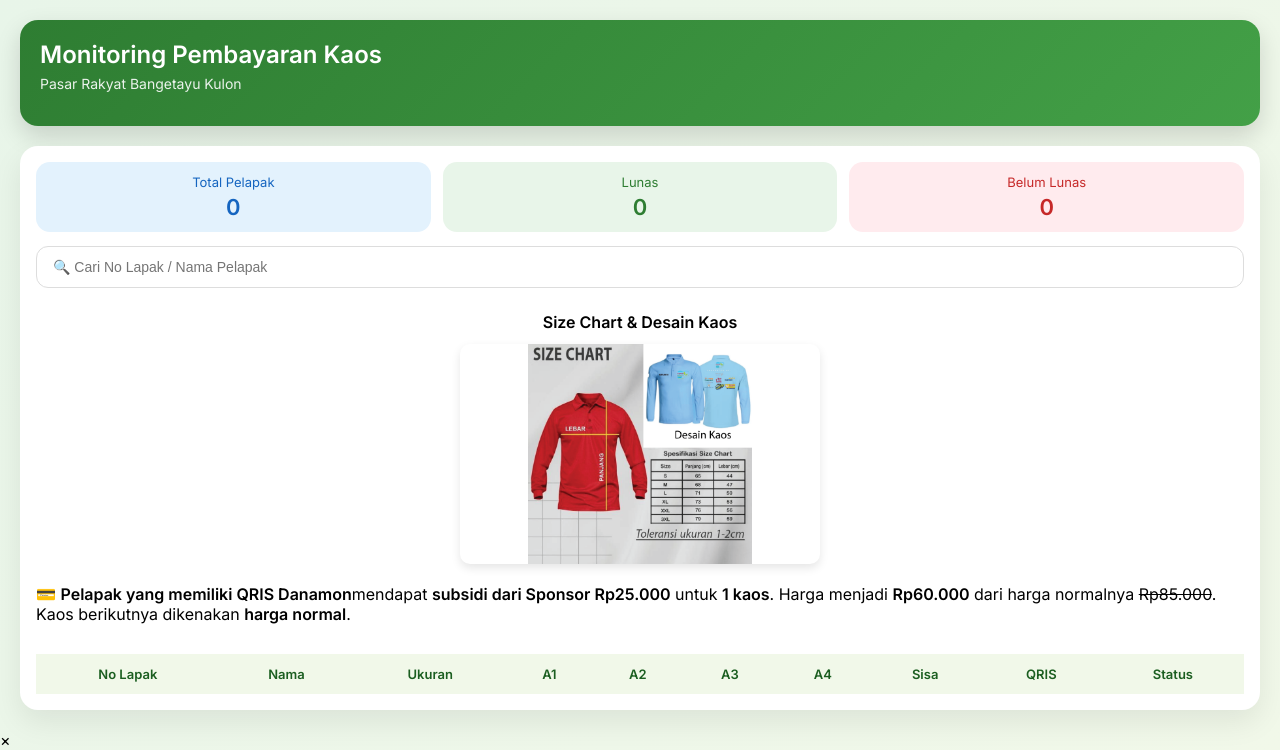
Repository: pasarrakyatbak/monitoringpembayarankaos
Page: index.html
An editor plug-in stored every save of this project. The page is shown before and after the next save, followed by the edit.
The browser window is 1280 px wide. The pictures show the whole page.
The page's requests for data from a server got no answer.

Above is the page before, as saved 2026-01-04 14:27:53.

### index.html
<!DOCTYPE html>
<html lang="id">

<head>
    <meta charset="UTF-8">
    <meta name="viewport" content="width=device-width, initial-scale=1.0">
    <title>Monitoring Pembayaran Kaos</title>

    <!-- FONT -->
    <link rel="preconnect" href="https://fonts.googleapis.com">
    <link rel="preconnect" href="https://fonts.gstatic.com" crossorigin>
    <link href="https://fonts.googleapis.com/css2?family=Inter:wght@400;500;600&display=swap" rel="stylesheet">

    <link rel="stylesheet" href="style.css">
</head>

<body>

    <div class="app">

        <!-- HEADER -->
        <header class="header">
            <h1>Monitoring Pembayaran Kaos</h1>
            <p>Pasar Rakyat Bangetayu Kulon</p>
        </header>

        <!-- CARD -->
        <div class="card">

            <!-- RINGKASAN -->
            <div class="summary" id="summary">
                <div class="summary-card total">
                    <span>Total Pelapak</span>
                    <strong id="totalPelapak">0</strong>
                </div>
                <div class="summary-card lunas">
                    <span>Lunas</span>
                    <strong id="totalLunas">0</strong>
                </div>
                <div class="summary-card belum">
                    <span>Belum Lunas</span>
                    <strong id="totalBelum">0</strong>
                </div>
            </div>

            <!-- TOOLBAR -->
            <div class="toolbar">
                <input type="text" id="searchInput" placeholder="🔍 Cari No Lapak / Nama Pelapak">
            </div>

            <!-- ====== SECTION GAMBAR KAOS ====== -->
            <section class="kaos-section">
                <h2>Size Chart & Desain Kaos</h2>

                <div class="kaos-image-wrapper">
                    <img src="assets/img/kaos.png" alt="Size Chart dan Desain Kaos" class="kaos-image" id="kaosImage">
                </div>
            </section>
            <!-- ===== INFO SUBSIDI QRIS ===== -->
            <div class="qris-info">
                <p>
                    💳 <strong>Pelapak yang memiliki QRIS Danamon</strong>mendapat
                    <strong>subsidi dari Sponsor Rp25.000</strong> untuk
                    <strong>1 kaos</strong>.
                    Harga menjadi <strong>Rp60.000</strong> dari harga normalnya
                    <del>Rp85.000</del>.
                    <br>
                    Kaos berikutnya dikenakan <strong>harga normal</strong>.
                </p>
            </div>
            <!-- DESKTOP TABLE -->
            <div class="desktop-view">
                <table>
                    <thead>
                        <tr>
                            <th>No Lapak</th>
                            <th>Nama</th>
                            <th>Ukuran</th>
                            <th>A1</th>
                            <th>A2</th>
                            <th>A3</th>
                            <th>A4</th>
                            <th>Sisa</th>
                            <th>QRIS</th>
                            <th>Status</th>
                        </tr>
                    </thead>
                    <tbody id="tableBody"></tbody>
                </table>
            </div>

            <!-- MOBILE CARD -->
            <div class="mobile-view" id="cardContainer"></div>

        </div>
    </div>

    <!-- ===== MODAL ZOOM GAMBAR ===== -->
    <div class="image-modal hidden" id="imageModal">
        <span class="close">&times;</span>
        <img class="modal-content" id="modalImg">
    </div>

    <!-- ===== LOADING OVERLAY ===== -->
    <div id="loadingOverlay" class="loading-overlay hidden">
        <div class="spinner"></div>
        <p>Memuat data...</p>
    </div>
    <script src="script.js"></script>
    <!-- LOADING OVERLAY -->
    <div id="loadingOverlay" class="loading-overlay hidden">
        <div class="spinner"></div>
        <p>Memuat data...</p>
    </div>
</body>

</html>

### style.css
* {
  box-sizing: border-box;
}

body {
  margin: 0;
  font-family: 'Inter', sans-serif;
  background: linear-gradient(135deg, #e8f5e9, #f1f8e9);
}

.app {
  max-width: 1400px;
  margin: auto;
  padding: 20px;
}

/* ================= HEADER ================= */
.header {
  background: linear-gradient(135deg, #2e7d32, #43a047);
  color: #fff;
  padding: 20px;
  border-radius: 18px;
  box-shadow: 0 10px 25px rgba(0, 0, 0, .15);
}

.header h1 {
  margin: 0;
  font-size: 24px;
}

.header p {
  margin-top: 6px;
  opacity: .9;
  font-size: 14px;
}

/* ================= CARD ================= */
.card {
  margin-top: 20px;
  background: #fff;
  border-radius: 18px;
  padding: 16px;
  box-shadow: 0 12px 30px rgba(0, 0, 0, .08);
}

/* ================= SUMMARY ================= */
.summary {
  display: grid;
  grid-template-columns: repeat(3, 1fr);
  gap: 12px;
  margin-bottom: 14px;
}

.summary-card {
  background: #f5f5f5;
  border-radius: 14px;
  padding: 12px;
  text-align: center;
  font-size: 13px;
}

.summary-card strong {
  display: block;
  font-size: 22px;
  margin-top: 4px;
}

.summary-card.total {
  background: #e3f2fd;
  color: #1565c0;
}

.summary-card.lunas {
  background: #e8f5e9;
  color: #2e7d32;
}

.summary-card.belum {
  background: #ffebee;
  color: #c62828;
}

/* ================= TOOLBAR ================= */
.toolbar input {
  width: 100%;
  padding: 12px 16px;
  border-radius: 12px;
  border: 1px solid #ddd;
  font-size: 14px;
}

.toolbar input:focus {
  outline: none;
  border-color: #2e7d32;
}

/* ================= TABLE ================= */
.desktop-view {
  overflow-x: auto;
}

table {
  width: 100%;
  border-collapse: collapse;
  margin-top: 14px;
  min-width: 1000px;
}

thead th {
  background: #f1f8e9;
  color: #1b5e20;
  padding: 12px;
  font-size: 13px;
  position: sticky;
  top: 0;
}

tbody td {
  padding: 12px;
  font-size: 13px;
  text-align: center;
  border-bottom: 1px solid #eee;
}

tbody tr:hover {
  background: #fafafa;
}

/* 🔴 AUTO MERAH BELUM LUNAS */
tr.belum-lunas {
  background: #ffebee !important;
}

tr.belum-lunas:hover {
  background: #ffcdd2 !important;
}

/* ================= BADGE ================= */
.badge {
  padding: 4px 10px;
  border-radius: 20px;
  font-size: 12px;
  font-weight: 600;
}

.badge-lunas {
  background: #e8f5e9;
  color: #2e7d32;
}

.badge-belum {
  background: #fff3e0;
  color: #ef6c00;
}

.badge-yes {
  background: #e3f2fd;
  color: #1565c0;
}

.badge-no {
  background: #fce4ec;
  color: #c2185b;
}

/* ================= MOBILE CARD ================= */
.mobile-view {
  display: none;
  margin-top: 16px;
  gap: 14px;
}

.pelapak-card {
  background: #fff;
  border-radius: 16px;
  padding: 14px;
  box-shadow: 0 8px 20px rgba(0, 0, 0, .08);
  border-left: 6px solid #2e7d32;
}

/* 🔴 CARD MERAH BELUM LUNAS */
.pelapak-card.belum-lunas {
  border-left-color: #c62828;
  background: #fff5f5;
}

.pelapak-header {
  display: flex;
  justify-content: space-between;
  align-items: center;
}

.lapak {
  font-weight: 600;
  color: #1b5e20;
}

.nama {
  font-size: 13px;
  color: #555;
}

.pelapak-body {
  margin-top: 10px;
  display: grid;
  grid-template-columns: repeat(2, 1fr);
  gap: 8px;
}

.item {
  background: #f1f8e9;
  border-radius: 10px;
  padding: 8px;
  text-align: center;
  font-size: 12px;
}

.item span {
  display: block;
  font-size: 11px;
  color: #666;
}

.summary {
  display: grid;
  grid-template-columns: repeat(3, 1fr);
  gap: 12px;
  margin-bottom: 14px;
}

.summary-card {
  border-radius: 14px;
  padding: 12px;
  text-align: center;
  font-size: 13px;
}

.summary-card strong {
  display: block;
  font-size: 22px;
  margin-top: 4px;
}

.summary-card.total {
  background: #e3f2fd;
  color: #1565c0;
}

.summary-card.lunas {
  background: #e8f5e9;
  color: #2e7d32;
}

.summary-card.belum {
  background: #ffebee;
  color: #c62828;
}

/* ================= LOADING ================= */
.loading-overlay {
  position: fixed;
  top: 0;
  left: 0;
  width: 100%;
  height: 100%;
  background: rgba(255, 255, 255, 0.85);
  display: flex;
  flex-direction: column;
  align-items: center;
  justify-content: center;
  z-index: 9999;
  backdrop-filter: blur(4px);
}

.loading-overlay p {
  margin-top: 12px;
  font-size: 14px;
  color: #2e7d32;
  font-weight: 500;
}

.loading-overlay.hidden {
  display: none;
}

.spinner {
  width: 48px;
  height: 48px;
  border: 5px solid #e0e0e0;
  border-top: 5px solid #2e7d32;
  border-radius: 50%;
  animation: spin 1s linear infinite;
}

@keyframes spin {
  to {
    transform: rotate(360deg);
  }
}

/* =============================
   SECTION GAMBAR KAOS
============================= */
.kaos-section {
  margin-top: 24px;
  text-align: center;
}

.kaos-section h2 {
  font-size: 16px;
  font-weight: 600;
  margin-bottom: 12px;
}

/* WRAPPER */
.kaos-image-wrapper {
  max-width: 360px;
  /* BATAS LEBAR */
  margin: 0 auto;
}

/* GAMBAR */
.kaos-image {
  width: 100%;
  max-height: 220px;
  /* BATAS TINGGI */
  object-fit: contain;
  border-radius: 10px;
  box-shadow: 0 4px 10px rgba(0, 0, 0, .1);
}

/* TEKS HINT */
.hint {
  font-size: 12px;
  color: #777;
  margin-top: 6px;
}

/* =============================
   RESPONSIVE DESKTOP
============================= */
/* ================= RESPONSIVE ================= */
@media (max-width: 768px) {
  .summary {
    grid-template-columns: 1fr;
  }

  .kaos-image-wrapper {
    max-width: 420px;
  }

  .kaos-image {
    max-height: 260px;
  }

  .desktop-view {
    display: none;
  }

  .mobile-view {
    display: grid;
    grid-template-columns: 1fr;
    gap: 16px;
  }

  .summary {
    grid-template-columns: 1fr;
  }

  .lapak {
    font-size: 16px;
  }

  .nama {
    font-size: 14px;
  }

  .pelapak-body {
    font-size: 13px;
  }

  .item.full {
    grid-column: span 2;
  }

  .item strong {
    font-weight: 600;
    color: #2e7d32;
  }
}

### script.js
const API_URL = "https://script.google.com/macros/s/AKfycby4z2qZ24SrJkcyGpybH29lSUC_3_z1LG-7wSmTzpaOEXrwjXf0Cl3hqkg95qAxPj1-/exec";

let allData = [];

document.addEventListener('DOMContentLoaded', () => {
    const searchInput = document.getElementById('searchInput');
    const tableBody = document.getElementById('tableBody');
    const cardContainer = document.getElementById('cardContainer');

    const loadingOverlay = document.getElementById('loadingOverlay');

    // =============================
    // LOADING HELPER
    // =============================
    function showLoading() {
        loadingOverlay.classList.remove('hidden');
    }

    function hideLoading() {
        loadingOverlay.classList.add('hidden');
    }

    // =============================
    // LOAD DATA
    // =============================
    async function loadData() {
        try {
            showLoading();

            const res = await fetch(API_URL + "?action=list");
            const data = await res.json();

            allData = data;
            renderAll(data);
            renderSummary(data);

        } catch (err) {
            console.error(err);
            alert("Gagal memuat data");
        } finally {
            hideLoading();
        }
    }

    // =============================
    // SUMMARY
    // =============================
    function renderSummary(data) {
        const totalPelapak = data.length;
        const totalLunas = data.filter(d => d.lunas).length;
        const totalBelum = totalPelapak - totalLunas;

        document.getElementById('totalPelapak').textContent = totalPelapak;
        document.getElementById('totalLunas').textContent = totalLunas;
        document.getElementById('totalBelum').textContent = totalBelum;
    }

    // =============================
    // RENDER ALL
    // =============================
    function renderAll(data) {
        renderTable(data);
        renderCard(data);
    }

    // =============================
    // TABLE (DESKTOP)
    // =============================
    function renderTable(data) {
        tableBody.innerHTML = '';

        data.forEach((row, index) => {
            const statusText = row.lunas ? 'Lunas' : 'Belum';
            const statusBadge = row.lunas ? 'badge-lunas' : 'badge-belum';
            const rowClass = row.lunas ? '' : 'belum-lunas';

            tableBody.innerHTML += `
        <tr class="${rowClass}">
          <td>${row.noLapak}</td>
          <td>${row.nama}</td>
          <td>${row.ukuran}</td>
          <td>${row.a1}</td>
          <td>${row.a2}</td>
          <td>${row.a3}</td>
          <td>${row.a4}</td>
          <td>Rp ${Number(row.total).toLocaleString('id-ID')}</td>
          <td>
            <input type="checkbox" ${row.qris ? 'checked' : ''} data-index="${index}">
          </td>
          <td>
            <span class="badge ${statusBadge}">${statusText}</span>
          </td>
        </tr>
      `;
        });
    }

    // =============================
    // CARD (MOBILE)
    // =============================
    function renderCard(data) {
        cardContainer.innerHTML = '';

        data.forEach((row, index) => {
            const statusText = row.lunas ? 'Lunas' : 'Belum';
            const statusBadge = row.lunas ? 'badge-lunas' : 'badge-belum';
            const cardClass = row.lunas ? '' : 'belum-lunas';

            cardContainer.innerHTML += `
        <div class="pelapak-card ${cardClass}">
          <div class="pelapak-header">
            <div>
              <div class="lapak">Lapak ${row.noLapak}</div>
              <div class="nama">${row.nama}</div>
            </div>
            <span class="badge ${statusBadge}">${statusText}</span>
          </div>

          <div class="pelapak-body">
            <div class="item"><span>Ukuran</span><strong>${row.ukuran}</strong></div>
            <div class="item">
              <span>QRIS</span>
              <input type="checkbox" ${row.qris ? 'checked' : ''} data-index="${index}">
            </div>
            <div class="item"><span>A1</span><strong>${row.a1}</strong></div>
            <div class="item"><span>A2</span><strong>${row.a2}</strong></div>
            <div class="item"><span>A3</span><strong>${row.a3}</strong></div>
            <div class="item"><span>A4</span><strong>${row.a4}</strong></div>
            <div class="item full">
              <span>Total</span>
              <strong>Rp ${Number(row.total).toLocaleString('id-ID')}</strong>
            </div>
          </div>
        </div>
      `;
        });
    }

    // =============================
    // UPDATE QRIS (WITH LOADING)
    // =============================
    document.body.addEventListener('change', async (e) => {
        if (e.target.type === 'checkbox' && e.target.dataset.index !== undefined) {
            const index = e.target.dataset.index;

            try {
                showLoading();

                const formData = new FormData();
                formData.append("action", "updateQRIS");
                formData.append("index", index);
                formData.append("qris", e.target.checked ? "true" : "false");

                await fetch(API_URL, {
                    method: "POST",
                    body: formData
                });

                await loadData();
            } catch (err) {
                console.error(err);
                alert("Gagal update data");
            } finally {
                hideLoading();
            }
        }
    });

    // =============================
    // SEARCH
    // =============================
    searchInput.addEventListener('keyup', () => {
        const keyword = searchInput.value.toLowerCase();

        const filtered = allData.filter(item =>
            item.noLapak.toString().includes(keyword) ||
            item.nama.toLowerCase().includes(keyword)
        );

        renderAll(filtered);
        renderSummary(filtered);
    });

    // INIT
    loadData();
});

After the next save:
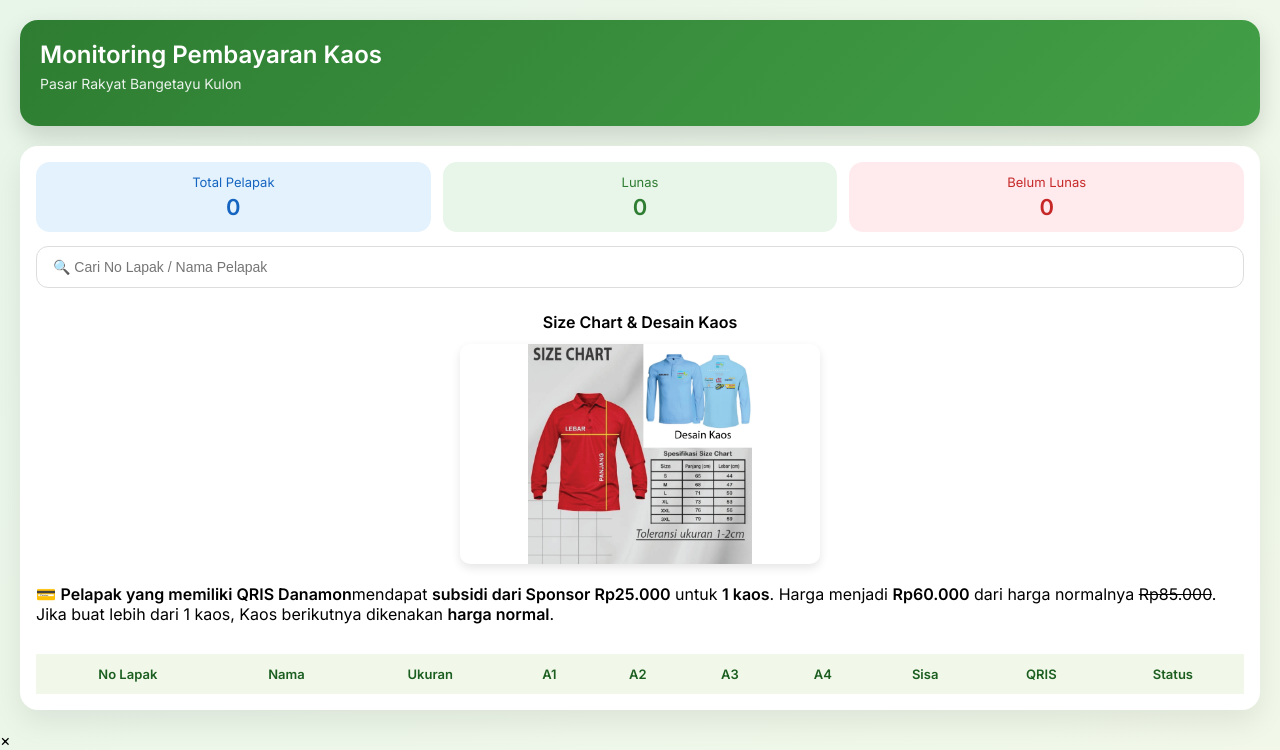
Saved 24 s later.
--- a/index.html
+++ b/index.html
@@ -65,7 +65,7 @@
                     Harga menjadi <strong>Rp60.000</strong> dari harga normalnya
                     <del>Rp85.000</del>.
                     <br>
-                    Kaos berikutnya dikenakan <strong>harga normal</strong>.
+                    Jika buat lebih dari 1 kaos, Kaos berikutnya dikenakan <strong>harga normal</strong>.
                 </p>
             </div>
             <!-- DESKTOP TABLE -->
